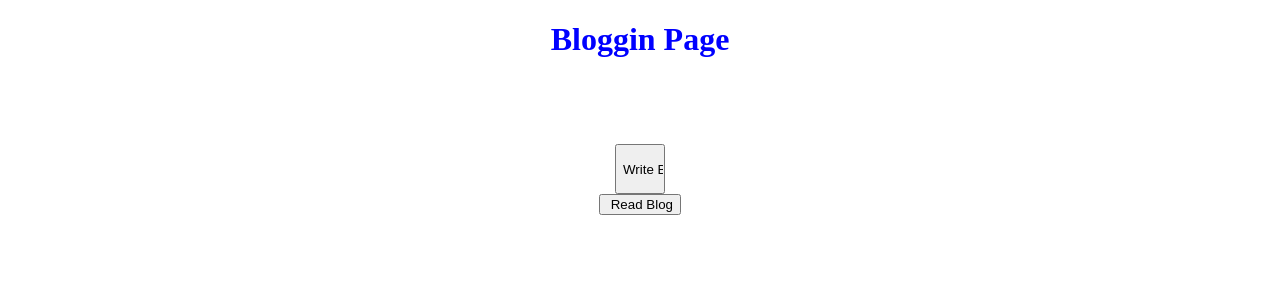
Repository: choubeyshubham018/CompleteJavaQuestions
Page: http://localhost/Ques_17_ServletBlogApplication/
An editor plug-in stored every save of this project. The page is shown before and after the next save, followed by the edit.
The browser window is 1280 px wide. The pictures show the whole page.
The page is served by Tomcat 9.

Above is the page before, as saved 2023-09-19 06:26:56.

After the next save:
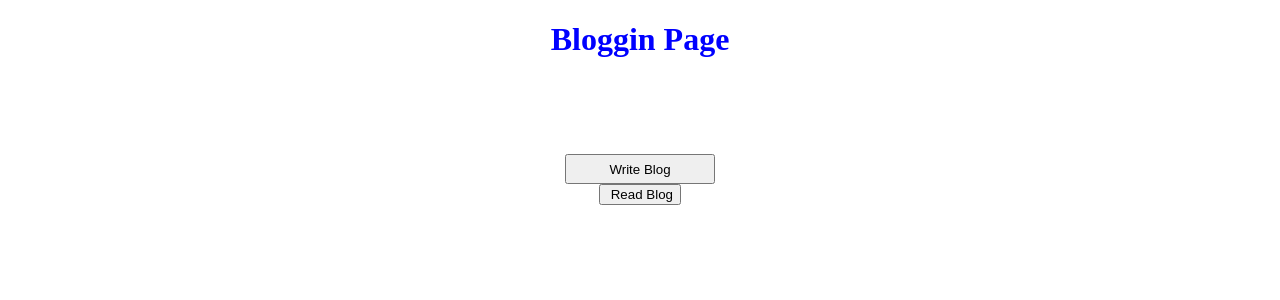
Saved 27 s later.
--- a/Servlet Assignment/Ques_17_ServletBlogApplication/src/main/webapp/index.jsp
+++ b/Servlet Assignment/Ques_17_ServletBlogApplication/src/main/webapp/index.jsp
@@ -11,7 +11,7 @@
 <h1 style="text-align: center; color: blue;">Bloggin Page</h1>
 <div style="display: flex; justify-content: center; height: 200px; flex-direction: column;align-items: center;">
 <form action="./blog & s1=save %">
-<input type="submit" value="Write Blog" style="height: 50px;width: 50px;">
+<input type="submit" value="Write Blog" style="height: 30px;width: 150px;">
 </form>
 <form action="./blog & s1=write %">
 <input type="submit" value=" Read Blog">
